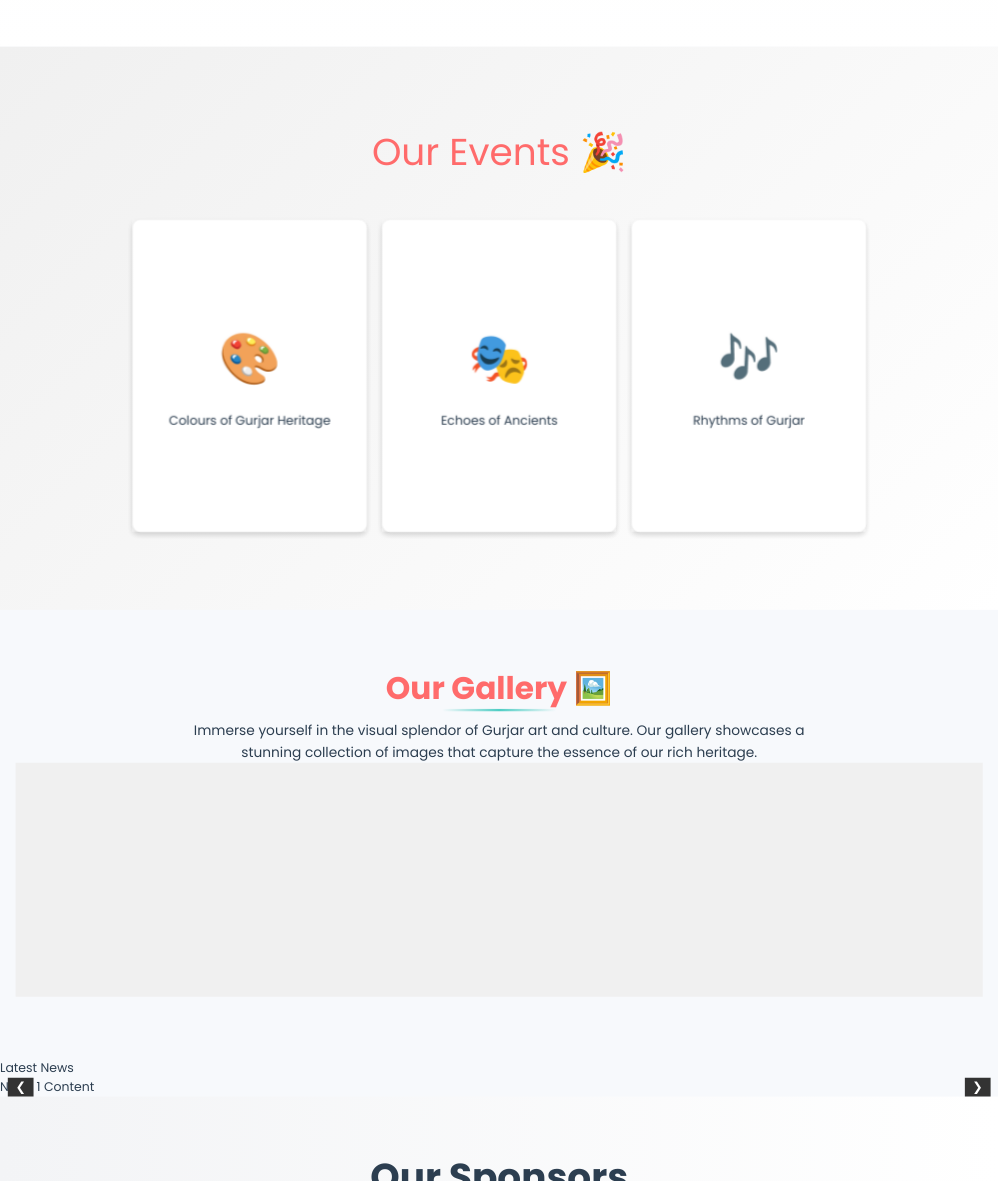
Repository: Aryansin1234/website
Page: index.html
An editor plug-in stored every save of this project. The page is shown before and after the next save, followed by the edit.
The browser window is 1280 px wide. The pictures show the part of the page from y = 2305 to 3819 px (the page is 5248 px tall before and 5200 px after), at 78% of full size.
A picture or video elsewhere on the page could not be fetched, so the positions and the page height are approximate. Some web libraries are served in a nearby version.

Above is the page before, as saved 2024-10-16 20:04:43.
Console error: TypeError: Cannot set properties of null (setting 'textContent')

After the next save:
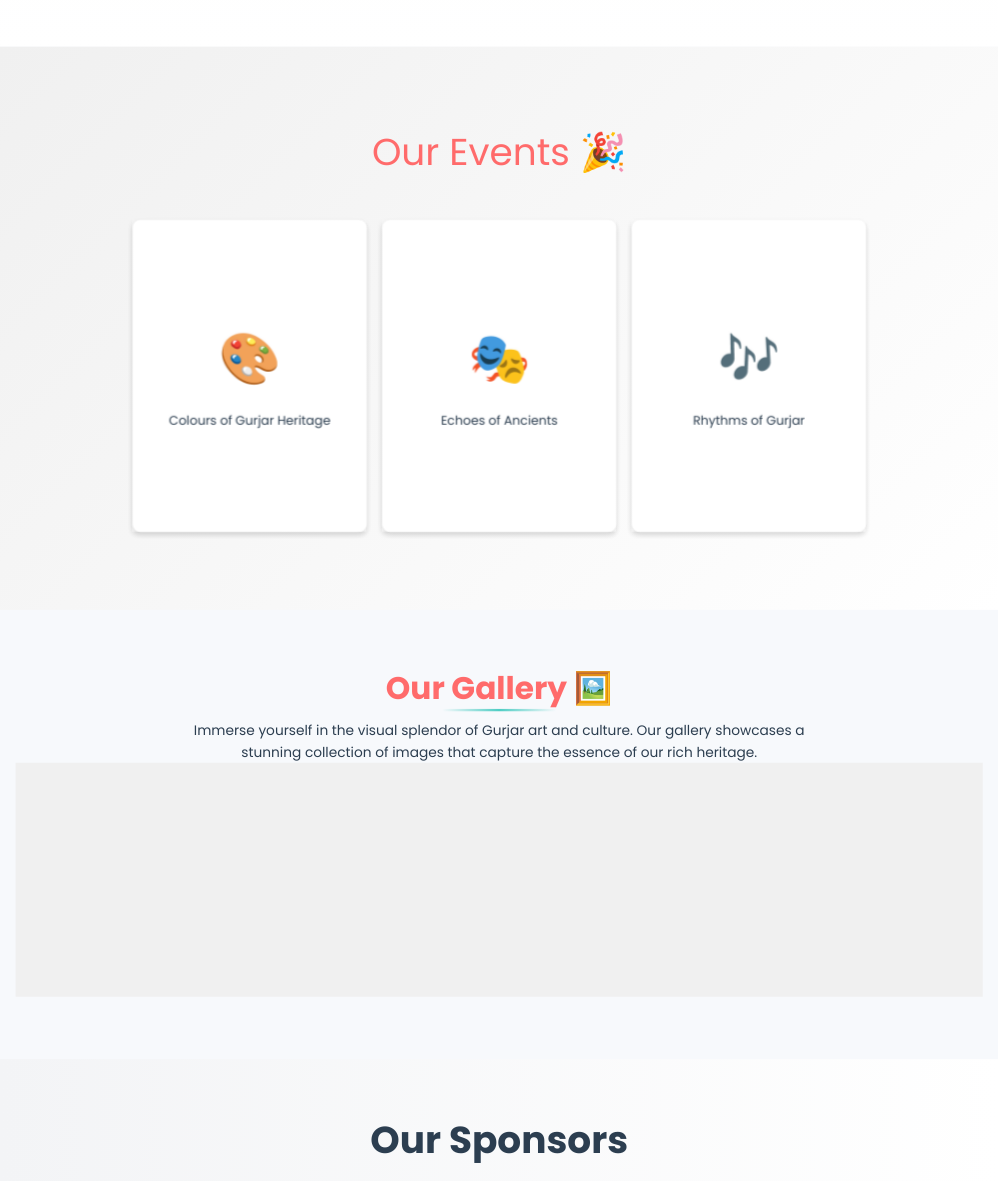
Saved 18 min 16 s later.
--- a/index.html
+++ b/index.html
@@ -19,7 +19,6 @@
         <div id="about"></div>
         <div id="events"></div>
         <div id="gallery"></div>
-        <div id="news"></div>
         <div id="sponsors"></div>
         <div id="donate"></div>
         <div id="contact"></div>
@@ -39,7 +38,6 @@
             loadComponent('about', 'about');
             loadComponent('events', 'events');
             loadComponent('gallery', 'gallery');
-            loadComponent('news', 'news');
             loadComponent('sponsors', 'sponsors');
             loadComponent('donate', 'donate');
             loadComponent('contact', 'contact');
